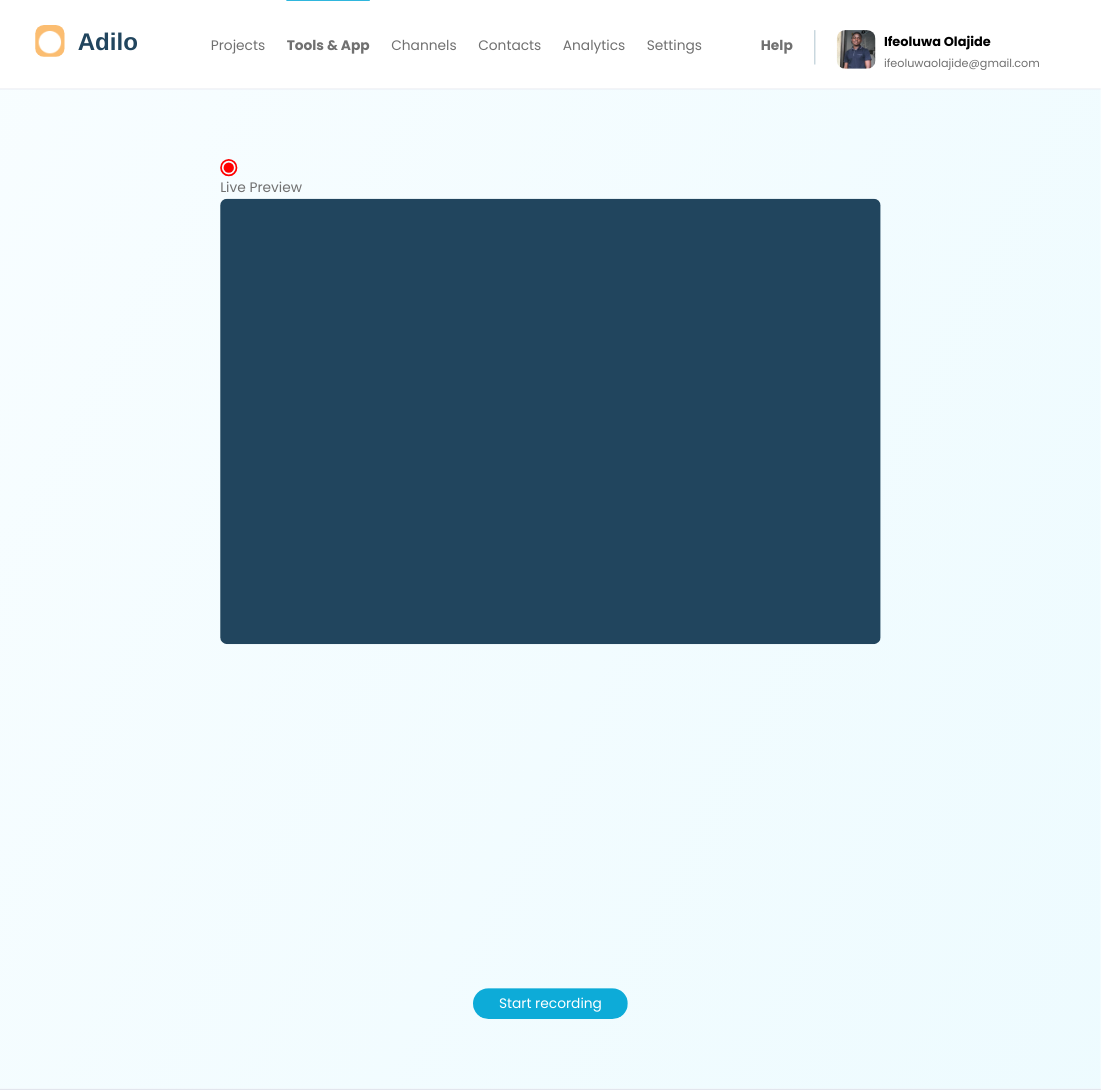
Repository: olhighjay/video_recorder
Page: /
An editor plug-in stored every save of this project. The page is shown before and after the next save, followed by the edit.
The browser window is 1280 px wide. The pictures show the whole page, at 86% of full size.
Some web libraries are served in a nearby version. The project was rebuilt for these pictures with package versions that can differ from the ones it lists, and the page was loaded fresh each time. Also part of the build but not shown: vue.config.js, src/components/DataTable.vue, src/components/EmptyRecorded.vue.

Above is the page before, as saved 2022-07-29 12:24:56.

After the next save:
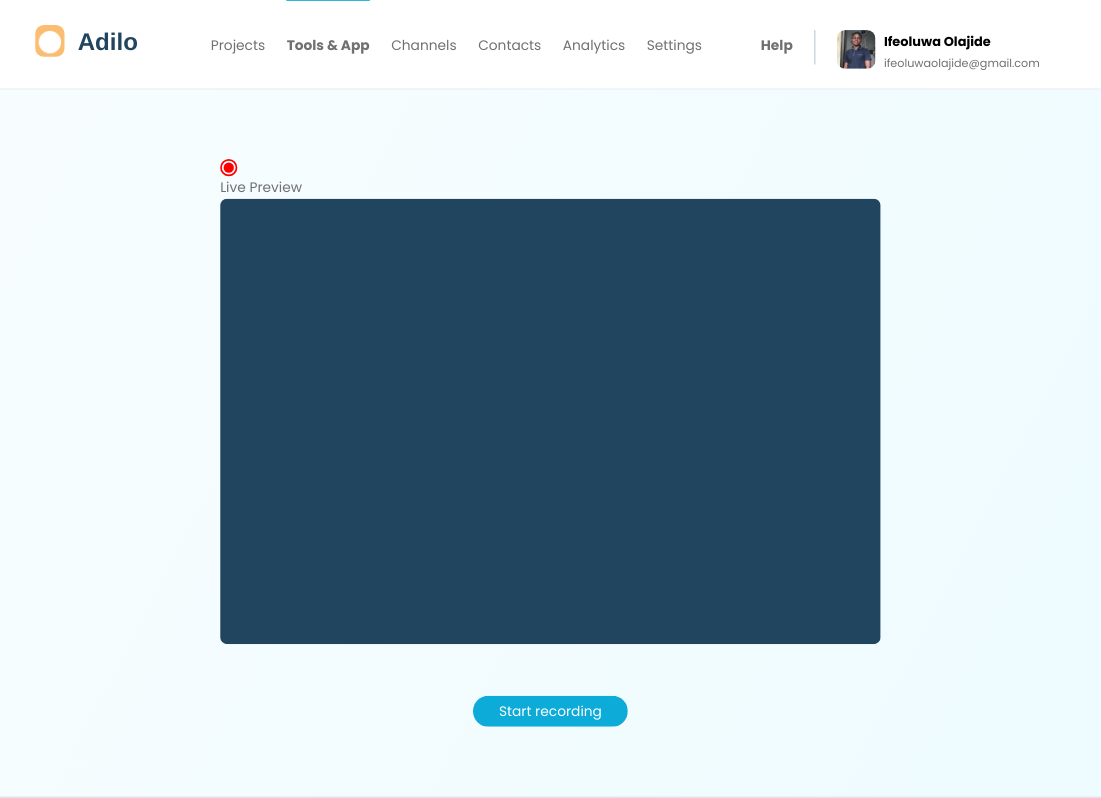
Saved 8 s later.
--- a/src/App.vue
+++ b/src/App.vue
@@ -110,7 +110,7 @@ Launch demo modal
           <div class="view-frame">
 
           </div>
-          <div class="text-center" style="margin-top: 400px">
+          <div class="text-center" style="margin-top: 60px">
             <button class="start-recording">Start recording</button>
           </div>
         </div>
